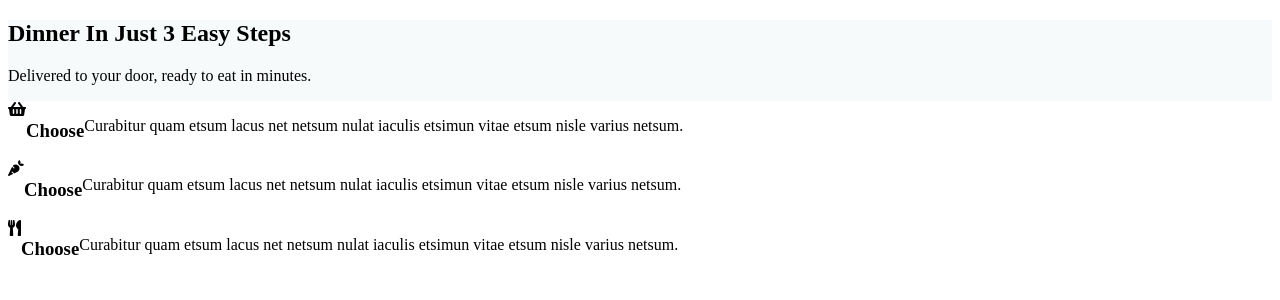
Repository: ST-United-Internship/leadpage
Page: wrapper-UI.html
The author's editor kept a copy of each file at every save. The page is drawn from the files as they stood at one save, then again after the next save.
The browser window is 1280 px wide. The pictures show the whole page.

Above is the page before, as saved 2023-03-15 13:42:43.

After the next save:
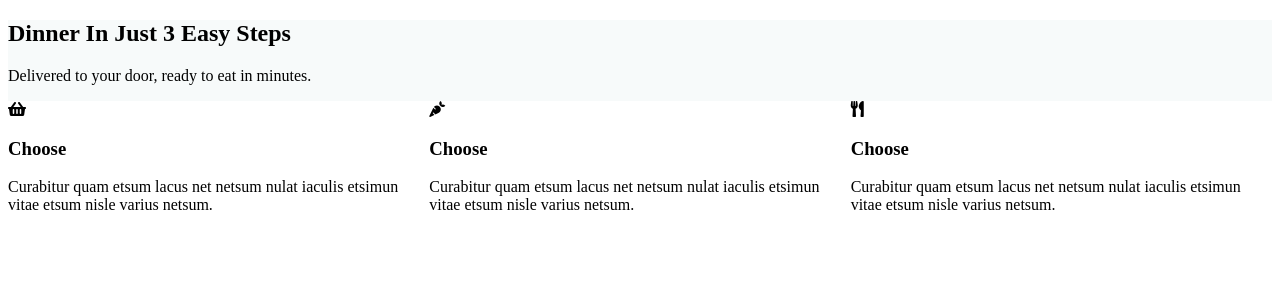
Saved 7 s later.
--- a/css/wrapper-UI.css
+++ b/css/wrapper-UI.css
@@ -42,7 +42,7 @@
     background-color:#f7fafa ;
 }
 
-.about .card-container .card-title .card-wrapper{
+.about .card-container .card-title {
     display: flex;
 }
 
